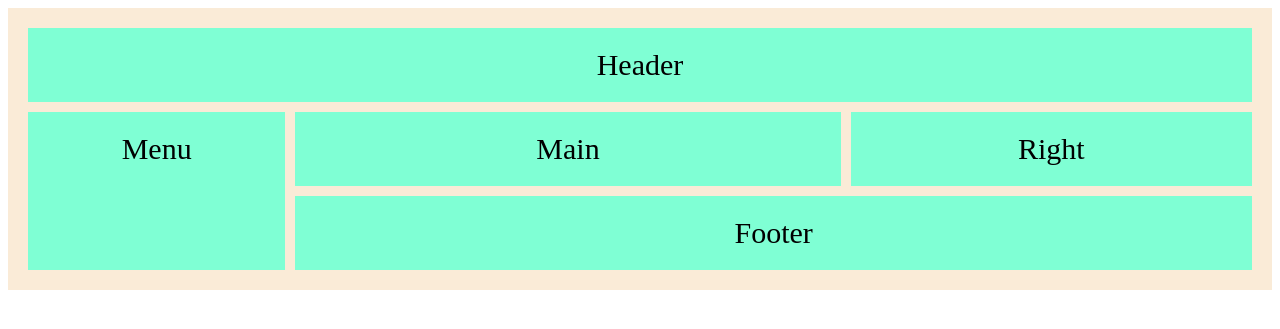
Repository: Thonghehe/Lab1_WEB106
Page: index11.html
These files come from the project's save history. The page is drawn as it stood at one moment and after the next save; the edit follows.
The browser window is 1280 px wide. The pictures show the whole page.

Above is the page before, as saved 2024-03-05 17:34:35.

After the next save:
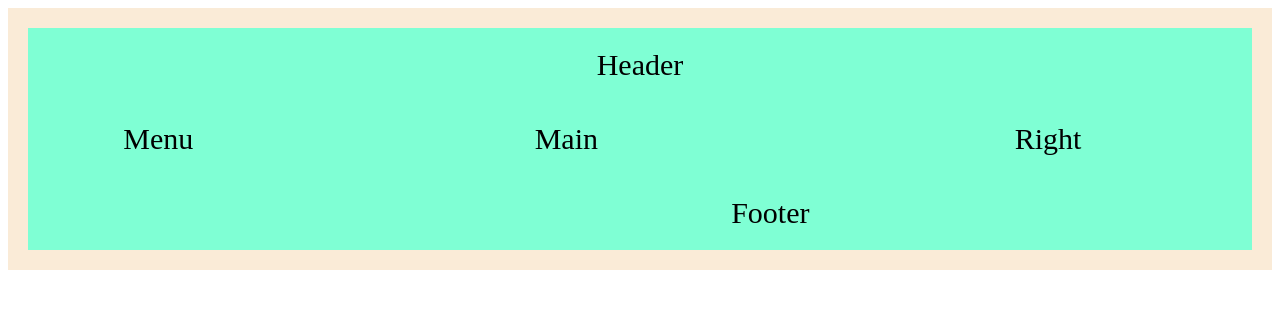
Saved 59 s later.
--- a/style.css
+++ b/style.css
@@ -24,7 +24,7 @@
         'header header header header header header'
         'menu main main main right right '
         'menu footer footer footer footer footer';
-    gap: 10px;
+    /* gap: 10px; */
     padding: 20px;
     background-color: antiquewhite;
     /* grid-template-columns: 20px 20px 20px 20px;

After the save that followed:
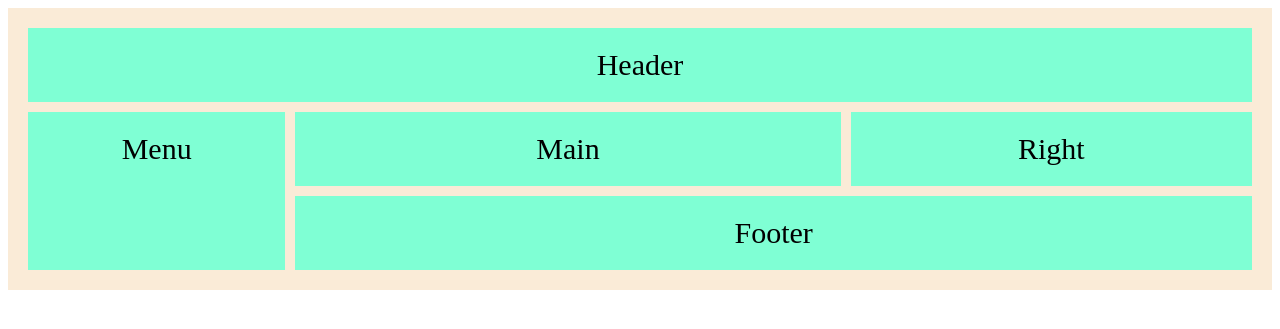
Saved 4 s later.
--- a/style.css
+++ b/style.css
@@ -24,7 +24,7 @@
         'header header header header header header'
         'menu main main main right right '
         'menu footer footer footer footer footer';
-    /* gap: 10px; */
+    gap: 10px;
     padding: 20px;
     background-color: antiquewhite;
     /* grid-template-columns: 20px 20px 20px 20px;
